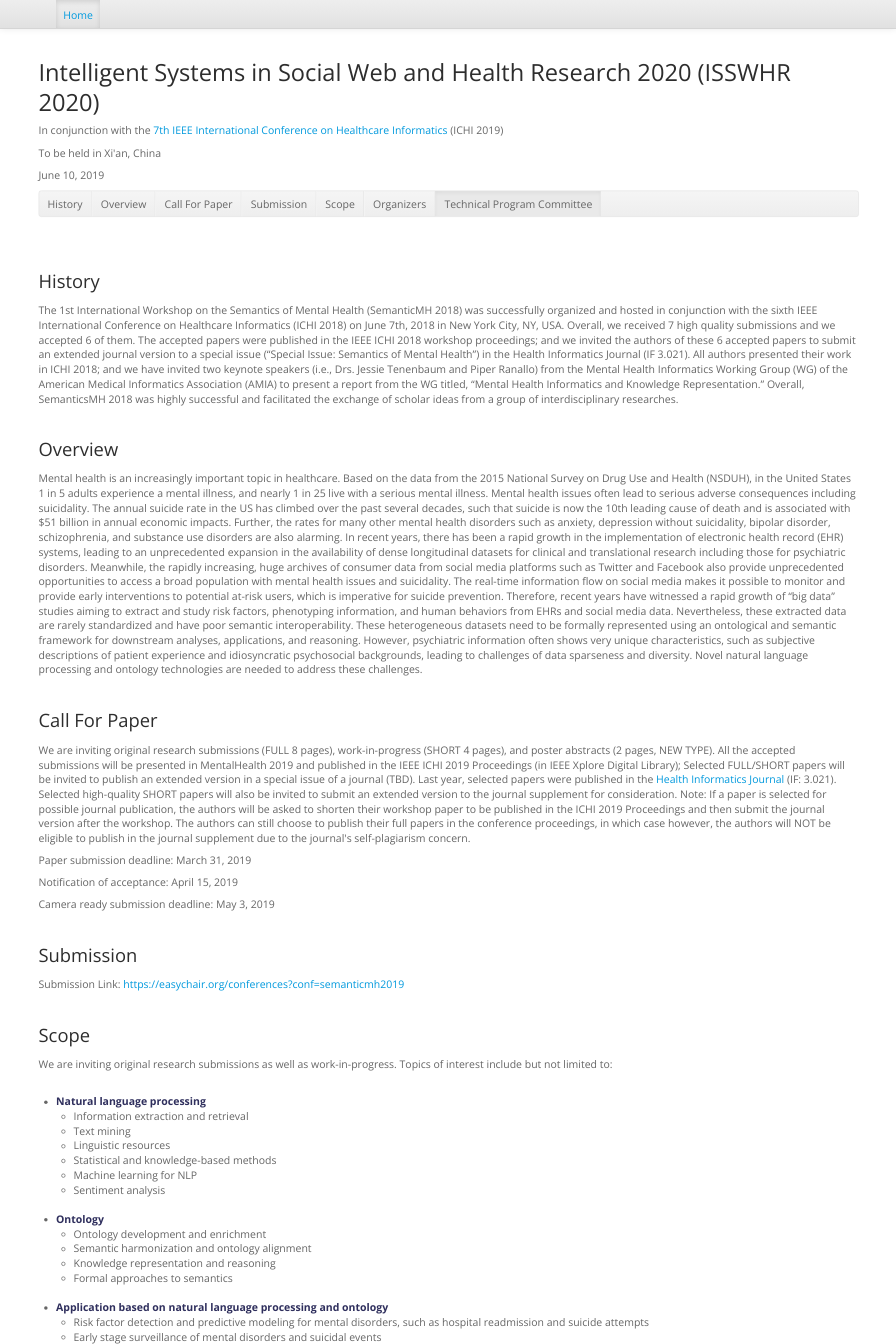
Repository: bianjiang/semantics-powered.org
Page: ISSWHR-2020/index.html
An editor plug-in stored every save of this project. The page is shown before and after the next save, followed by the edit.
The browser window is 1280 px wide. The pictures show the part of the page from y = 0 to 1920 px (the page is 3041 px tall), at 70% of full size.
Some web libraries are served in a nearby version.

Above is the page before, as saved 2019-10-26 16:43:44.
Console error (its wording comes from the project's code and is left out).

### ISSWHR-2020/index.html
<!DOCTYPE html>
<!--[if lt IE 7]>      <html class="no-js lt-ie9 lt-ie8 lt-ie7"> <![endif]-->
<!--[if IE 7]>         <html class="no-js lt-ie9 lt-ie8"> <![endif]-->
<!--[if IE 8]>         <html class="no-js lt-ie9"> <![endif]-->
<!--[if gt IE 8]><!-->
<html class="no-js">
<!--<![endif]-->

<head>
  <meta charset="utf-8">
  <meta http-equiv="X-UA-Compatible" content="IE=edge,chrome=1">
  <title></title>
  <meta name="description" content="">
  <meta name="viewport" content="width=device-width">

  <link rel="stylesheet" href="css/bootstrap.min.css">
  <style>
    body {
      padding-top: 60px;
      padding-bottom: 40px;
    }
  </style>
  <link rel="stylesheet" href="css/bootstrap-responsive.min.css">
  <link rel="stylesheet" href="css/main.css">

  <script src="js/vendor/modernizr-2.6.2-respond-1.1.0.min.js"></script>
</head>

<body class="preview" id="top" data-spy="scroll" data-target=".subnav" data-offset="80">
  <!--[if lt IE 7]>
            <p class="chromeframe">You are using an <strong>outdated</strong> browser. Please <a href="http://browsehappy.com/">upgrade your browser</a> or <a href="http://www.google.com/chromeframe/?redirect=true">activate Google Chrome Frame</a> to improve your experience.</p>
        <![endif]-->

  <!-- This code is taken from http://twitter.github.com/bootstrap/examples/hero.html -->

  <div class="navbar navbar-fixed-top">
    <div class="navbar-inner">
      <div class="container">

        <a class="btn btn-navbar" data-toggle="collapse" data-target=".nav-collapse">
                        <span class="icon-bar"></span>
                        <span class="icon-bar"></span>
                        <span class="icon-bar"></span>
                    </a>
        <a class="brand" href="#">&nbsp;</a>
        <div class="nav-collapse collapse">
          <ul class="nav">
            <li class="active"><a href="#">Home</a></li>
            <!--
                            <li><a href="#aboutxx">About</a></li>
                            <li><a href="#contact">Contact</a></li>
                            -->
          </ul>
        </div>

      </div>

    </div>
  </div>

  <div class="container">

    <!-- Main hero unit for a primary marketing message or call to action -->
    <!--
            <div class="hero-unit">
                <h1>Hello, world!</h1>
                <p>This is a template for a simple marketing or informational website. It includes a large callout called the hero unit and three supporting pieces of content. Use it as a starting point to create something more unique.</p>
                <p><a class="btn btn-primary btn-large">Learn more &raquo;</a></p>
            </div>
            -->
    <!-- Masthead
================================================== -->
    <header class="jumbotron subhead" id="overview">
      <div class="row">
        <div class="span12">
          <br/>
          <h2>Intelligent Systems in Social Web and Health Research 2020 (ISSWHR 2020)</h2>
          <p>In conjunction with the <a href="http://www.ieee-ichi.org/" target="_blank">7th IEEE International Conference on Healthcare Informatics</a> (ICHI 2019)</p>
          <p>To be held in Xi'an, China</p>
          <p>June 10, 2019</p>
        </div>
        <div class="span6">
          <!--
      <div class="bsa well">
          <div id="bsap_1277971" class="bsarocks bsap_c466df00a3cd5ee8568b5c4983b6bb19"></div>
      </div>
    -->
        </div>
      </div>
      <div class="subnav">
        <ul class="nav nav-pills">
          <li><a href="#history">History</a></li>
          <li><a href="#overview">Overview</a></li>
          <!-- <li><a href="#audience">Audience</a></li> -->
          <li><a href="#callforpaper">Call For Paper</a></li>
          <li><a href="#submissions">Submission</a></li>
          <!-- <li><a href="#rational">Rational</a></li>
          <li><a href="#workshopstructure">Workshop Structure</a></li> -->
          <!-- <li><a href="#publicity">Publicity</a></li> -->
          <li><a href="#scope">Scope</a></li>
          <li><a href="#organizers">Organizers</a></li>
          <li><a href="#techprogcom">Technical Program Committee</a></li>
        </ul>
      </div>
    </header>

    <section id="History">
      <div class="row">
        <div class="span12">
          <h3>History</h3>
          <p>The 1st International Workshop on the Semantics of Mental Health (SemanticMH 2018) was successfully organized and hosted in conjunction with the sixth IEEE International Conference on Healthcare Informatics (ICHI 2018) on June 7th, 2018 in New York City, NY, USA.  Overall, we received 7 high quality submissions and we accepted 6 of them.  The accepted papers were published in the IEEE ICHI 2018 workshop proceedings; and we invited the authors of these 6 accepted papers to submit an extended journal version to a special issue (“Special Issue: Semantics of Mental Health”) in the Health Informatics Journal (IF 3.021).
           All authors presented their work in ICHI 2018; and we have invited two keynote speakers (i.e., Drs. Jessie Tenenbaum and Piper Ranallo) from the Mental Health Informatics Working Group (WG) of the American Medical Informatics Association (AMIA) to present a report from the WG titled, “Mental Health Informatics and Knowledge Representation.”  Overall, SemanticsMH 2018 was highly successful and facilitated the exchange of scholar ideas from a group of interdisciplinary researches.
        </p>
        </div>
      </div>
    </section>

    <section id="overview">
      <div class="row">
        <div class="span12">
          <h3>Overview</h3>
          <p>Mental health is an increasingly important topic in healthcare.  Based on the data from the 2015 National Survey on Drug Use and Health (NSDUH), in the United States 1 in 5 adults experience a mental illness, and nearly 1 in 25 live with a serious mental illness.  Mental health issues often lead to serious adverse consequences including suicidality.  The annual suicide rate in the US has climbed over the past several decades, such that suicide is now the 10th leading cause of death and is associated with $51 billion in annual economic impacts.  Further, the rates for many other mental health disorders such as anxiety, depression without suicidality, bipolar disorder, schizophrenia, and substance use disorders are also alarming.
          In recent years, there has been a rapid growth in the implementation of electronic health record (EHR) systems, leading to an unprecedented expansion in the availability of dense longitudinal datasets for clinical and translational research including those for psychiatric disorders.  Meanwhile, the rapidly increasing, huge archives of consumer data from social media platforms such as Twitter and Facebook also provide unprecedented opportunities to access a broad population with mental health issues and suicidality. The real-time information flow on social media makes it possible to monitor and provide early interventions to potential at-risk users, which is imperative for suicide prevention. Therefore, recent years have witnessed a rapid growth of “big data” studies aiming to extract and study risk factors, phenotyping information, and human behaviors from EHRs and social media data.  Nevertheless, these extracted data are rarely standardized and have poor semantic interoperability.  These heterogeneous datasets need to be formally represented using an ontological and semantic framework for downstream analyses, applications, and reasoning.  However, psychiatric information often shows very unique characteristics, such as subjective descriptions of patient experience and idiosyncratic psychosocial backgrounds, leading to challenges of data sparseness and diversity.  Novel natural language processing and ontology technologies are needed to address these challenges.

        </p>
        </div>
      </div>
    </section>

    <!-- <section id="audience">
      <div class="row">
        <div class="span12">
          <h3>Audience</h3>
          <p>The goal of this workshop is to bring experts in the field of natural language processing, knowledge representation, knowledge management, and health data analytics to discuss innovative analytical methods, applications, and tools to address problems in mental health.
        </p>
        </div>
      </div>
    </section> -->

    <section id="callforpaper">
      <div class="row">
        <div class="span12">
          <h3>Call For Paper</h3>
          <p>We are inviting original research submissions (FULL 8 pages), work-in-progress (SHORT 4 pages), and poster abstracts (2 pages, NEW TYPE).
              All the accepted submissions will be presented in MentalHealth 2019 and published in the IEEE ICHI 2019 Proceedings (in IEEE Xplore Digital Library); Selected FULL/SHORT papers will be invited to publish an extended version in a special issue of a journal (TBD).  Last year, selected papers were published in the <a href="http://journals.sagepub.com/home/jhi" target="_blank">Health Informatics Journal</a> (IF: 3.021). Selected high-quality SHORT papers will also be invited to submit an extended version to the journal supplement for consideration.
              Note: If a paper is selected for possible journal publication, the authors will be asked to shorten their workshop paper to be published in the ICHI 2019 Proceedings and then submit the journal version after the workshop. The authors can still choose to publish their full papers in the conference proceedings, in which case however, the authors will NOT be eligible to publish in the journal supplement due to the journal's self-plagiarism concern.
              <!-- <p>Paper submission deadline: March 15, 2019</p> -->
              <p>Paper submission deadline: March 31, 2019</p>
              <p>Notification of acceptance: April 15, 2019</p>
              <p>Camera ready submission deadline: May 3, 2019</p>
        </p>
        </div>
      </div>
    </section>

    <section id="submissions">
      <div class="row">
        <div class="span12">
          <h3>Submission</h3>
          <p>Submission Link: <a href="https://easychair.org/conferences?conf=semanticmh2019" target="_blank">https://easychair.org/conferences?conf=semanticmh2019</a></p>
        </div>
      </div>
    </section>
    <!-- <section id="rational">
      <div class="row">
        <div class="span12">
          <h3>Rational</h3>
          <p>Our proposed workshop aims to provide an international platform for the researchers and scientists in the mental health communities to demonstrate research progresses, share ideas, address questions, and promote collaborations for better representation and analysis of mental health-related terminologies and clinical and research data.
        </p>
        </div>
      </div>
    </section> -->

    <!-- <section id="workshopstructure">
      <div class="row">
        <div class="span12">
          <h3>Workshop Structure</h3>
          <p>We propose a half-day SemanticMH workshop for this year. We will arrange 3 hours for paper presentations and 1 hour for extensive discussions. Different sessions will be arranged based on the topics of presentations. Depending on the number of papers accepted for presentation, each paper presentation will be restricted to 10-25 minutes for a full-length paper, and 5-15 minutes for a short-length paper. All the papers will be submitted and handled through EasyChair and go through peer reviews by at least two reviewers. After the full papers are accepted, we will work with the Health Informatics editors and reviewers to decide which papers will be formally invited for extension to be included in a thematic series in the Health Informatics journal.
        </p>
        </div>
      </div>
    </section>


    <section id="publicity">
      <div class="row">
        <div class="span12">
          <h3>Publicity</h3>
          <p>Various methods will be used for advertisement, including: (i) posting in email mailing lists and through private emails; (ii) creating a workshop discussion email list address and using it for sharing news and posting, (iii) posting in influential websites, (iv) phone calls to colleagues and friends who may be interested, (v) generating a workshop website dedicated to this event, and inviting potential attendees to visit, and (vi) generating a social networking website in LinkedIn to attract public attention, participation, and discussion. The main difference between the workshop website and the LinkedIn website will be that the workshop website is dedicated for posting the workshop information, and the LinkedIn website is used for social networking.
        </p>
        </div>
      </div>
    </section> -->

    <section id="scope">

      <div class="row">
        <div class="span12">
          <h3>Scope</h3>
          <p>We are inviting original research submissions as well as work-in-progress.
            Topics of interest include but not limited to:
          </p>
          <br>
          <ul>
            <li>
              <b>Natural language processing</b>
              <ul>
                <li>Information extraction and retrieval </li>
                <li>Text mining</li>
                <li>Linguistic resources</li>
                <li>Statistical and knowledge-based methods</li>
                <li>Machine learning for NLP</li>
                <li>Sentiment analysis</li>
              </ul>
            </li>
            <br>
            <li>
              <b>Ontology</b>
              <ul>
                <li>Ontology development and enrichment </li>
                <li>Semantic harmonization and ontology alignment</li>
                <li>Knowledge representation and reasoning</li>
                <li>Formal approaches to semantics</li>
              </ul>
            </li>
            <br>
            <li>
              <b>Application based on natural language processing and ontology</b>
              <ul>
                <li>Risk factor detection and predictive modeling for mental disorders, such as hospital readmission and suicide attempts</li>
                <li>Early stage surveillance of mental disorders and suicidal events </li>
                <li>Algorithmic phenotyping and cohort identification </li>
              </ul>
            </li>
          </ul>


        </div>
      </div>
    </section>

    <section id="organizers">
      <div class="row">
        <div class="span12">
          <h3>Organizers</h3>
          <p><b>Jiang Bian, PhD</b>, Department of Health Outcomes & Biomedical Informatics, College of Medicine, University of Florida, Gainesville, Florida, USA</p>
          <p><b>Cui Tao, PhD</b>, School of Biomedical Informatics, The University of Texas Health Science Center, Houston, Texas, USA</p>
          <p><b>Jennifer Dahne, PhD</b>, Department of Psychiatry and Behavioral Sciences, Medical University of South Carolina, Charleston, South Carolina, USA</p>
          <p><b>Yaoyun Zhang, PhD</b>, School of Biomedical Informatics, University of Texas Health Center at Houston, USA</p></p>
          <p><b>Yi Guo, PhD</b>, Department of Health Outcomes & Biomedical Informatics, College of Medicine, University of Florida, Gainesville, Florida, USA</p></p>
        </div>
      </div>
    </section>

    <section id="techprogcom">
      <div class="row">
        <div class="span12">
          <h3>Technical Program Committee</h3>
          <p>Comming Soon...</p>
        </div>
      </div>
    </section>

    <section id="schedule">
      <div class="row">
        <div class="span12">
          <h3>Workshop Schedule</h3>
          <div>
            <style type="text/css">
              .tg  {border-collapse:collapse;border-spacing:0;}
              .tg td{font-family:Arial, sans-serif;font-size:14px;padding:10px 5px;border-style:solid;border-width:1px;overflow:hidden;word-break:normal;border-color:black;}
              .tg th{font-family:Arial, sans-serif;font-size:14px;font-weight:normal;padding:10px 5px;border-style:solid;border-width:1px;overflow:hidden;word-break:normal;border-color:black;}
              .tg .tg-s6z2{text-align:center}
              .tg .tg-baqh{text-align:center;vertical-align:top}
              .tg .tg-j8xs{font-weight:bold;font-size:18px;background-color:#c0c0c0;text-align:center;vertical-align:top}
              .tg .tg-hgcj{font-weight:bold;text-align:center}
              .tg .tg-amwm{font-weight:bold;text-align:center;vertical-align:top}
              .tg .tg-s268{text-align:left}
              .tg .tg-0lax{text-align:left;vertical-align:top}
              .tg .tg-8zwo{font-style:italic;text-align:left;vertical-align:top}
              </style>
              <table class="tg" style="undefined;table-layout:fixed;width:876px;">
              <colgroup>
              <col style="width: 141px">
              <col style="width: 609px">
              <col style="width: 126px">
              </colgroup>
                <tr>
                  <th class="tg-j8xs" colspan="3">The 2nd International Workshop on the Semantics of Mental Health</th>
                </tr>
                <tr>
                  <td class="tg-hgcj">Time</td>
                  <td class="tg-hgcj">Title</td>
                  <td class="tg-amwm">Presenter</td>
                </tr>
                <tr>
                  <td class="tg-s6z2">14:00 pm - 14:05 pm</td>
                  <td class="tg-s268">Introduction to the workshop</td>
                  <td class="tg-0lax"><a target="_blank" href="https://hobi.med.ufl.edu/about/faculty-directory-2/bian-jiang/">Jiang Bian, Ph.D.</a></td>
                </tr>
                <tr>
                  <td class="tg-s6z2">14:05 pm - 14:50 pm</td>
                  <td class="tg-s268">Keynote</td>
                  <td class="tg-0lax"><a target="_blank" href="https://dbe.med.upenn.edu/biostat-research/YongChen">Yong Chen, Ph.D.</a></td>
                </tr>
                <tr>
                  <td class="tg-baqh">14:50 pm - 15:10 pm</td>
                  <td class="tg-8zwo">Assessing depression risk in Chinese microblogs: a corpus and machine learning methods</td>
                  <td class="tg-0lax">Shuai Chen</td>
                </tr>
                <tr>
                  <td class="tg-baqh">15:10 pm - 15:30 pm</td>
                  <td class="tg-8zwo">Analysis of Twitter to Identify Topics Related to Eating Disorder Symptoms</td>
                  <td class="tg-0lax">Sicheng Zhou</td>
                </tr>
                <tr>
                  <td class="tg-baqh">15:30 pm - 16:00 pm</td>
                  <td class="tg-amwm">Coffee Break</td>
                  <td class="tg-0lax"></td>
                </tr>
                <tr>
                  <td class="tg-baqh">16:00 pm - 16:20 pm</td>
                  <td class="tg-8zwo">PSPS: A pharmacological substances prediction system based on biomedical literature,data</td>
                  <td class="tg-0lax">Jinhe Gao</td>
                </tr>
                <tr>
                  <td class="tg-baqh">16:20 pm - 16:40 pm</td>
                  <td class="tg-8zwo">Combining Clinical Data and Domain Knowledge for Analyzing Mental Disorder Concept Relatedness,and Usage</td>
                  <td class="tg-0lax">Dou Wei</td>
                </tr>
                <tr>
                  <td class="tg-baqh">16:40 pm - 17:00 pm</td>
                  <td class="tg-8zwo">STAT: A Web-based Semantic Text Annotation Tool to Assist Building Mental Health Knowledge Base</td>
                  <td class="tg-0lax">Xing He</td>
                </tr>
                <tr>
                  <td class="tg-baqh">17:00 pm - 17:20 pm</td>
                  <td class="tg-8zwo">Systematic Design of Drug Repurposing-oriented Alzheimer’s Disease Ontology</td>
                  <td class="tg-0lax">Cui Tao</td>
                </tr>
              </table>
          </div>
        </div>
      </div>
    </section>
    <hr>
    <h4><b>Contact:</b> Jiang Bian; <a href="mailto:bianjiang@ufl.edu">bianjiang@ufl.edu</a></h4>
    <footer>
      <p>&copy; SemanticMH 2019</p>
    </footer>

  </div>
  <!-- /container -->

  <script src="//ajax.googleapis.com/ajax/libs/jquery/1.9.1/jquery.min.js"></script>
  <script>
    window.jQuery || document.write('<script src="js/vendor/jquery-1.9.1.min.js"><\/script>')
  </script>

  <script src="js/vendor/bootstrap.min.js"></script>

  <script src="js/plugins.js"></script>
  <script src="js/main.js"></script>
  <script>
      (function (i, s, o, g, r, a, m) {
i['GoogleAnalyticsObject'] = r; i[r] = i[r] || function () {
        (i[r].q = i[r].q || []).push(arguments)
      }, i[r].l = 1 * new Date(); a = s.createElement(o),
        m = s.getElementsByTagName(o)[0]; a.async = 1; a.src = g; m.parentNode.insertBefore(a, m)
      })(window, document, 'script', 'https://www.google-analytics.com/analytics.js', 'ga');

    ga('create', 'UA-50982144-4', 'auto');
    ga('send', 'pageview');
  </script>
</body>

</html>

Loaded but not shown: ISSWHR-2020/css/bootstrap.min.css (library); ISSWHR-2020/css/bootstrap-responsive.min.css (library); ISSWHR-2020/js/vendor/modernizr-2.6.2-respond-1.1.0.min.js (library); ISSWHR-2020/js/vendor/bootstrap.min.js (library); ISSWHR-2020/js/main.js (95 lines, source omitted); ISSWHR-2020/js/plugins.js (24 lines, source omitted); ISSWHR-2020/css/main.css (463 lines, source omitted)

After the next save:
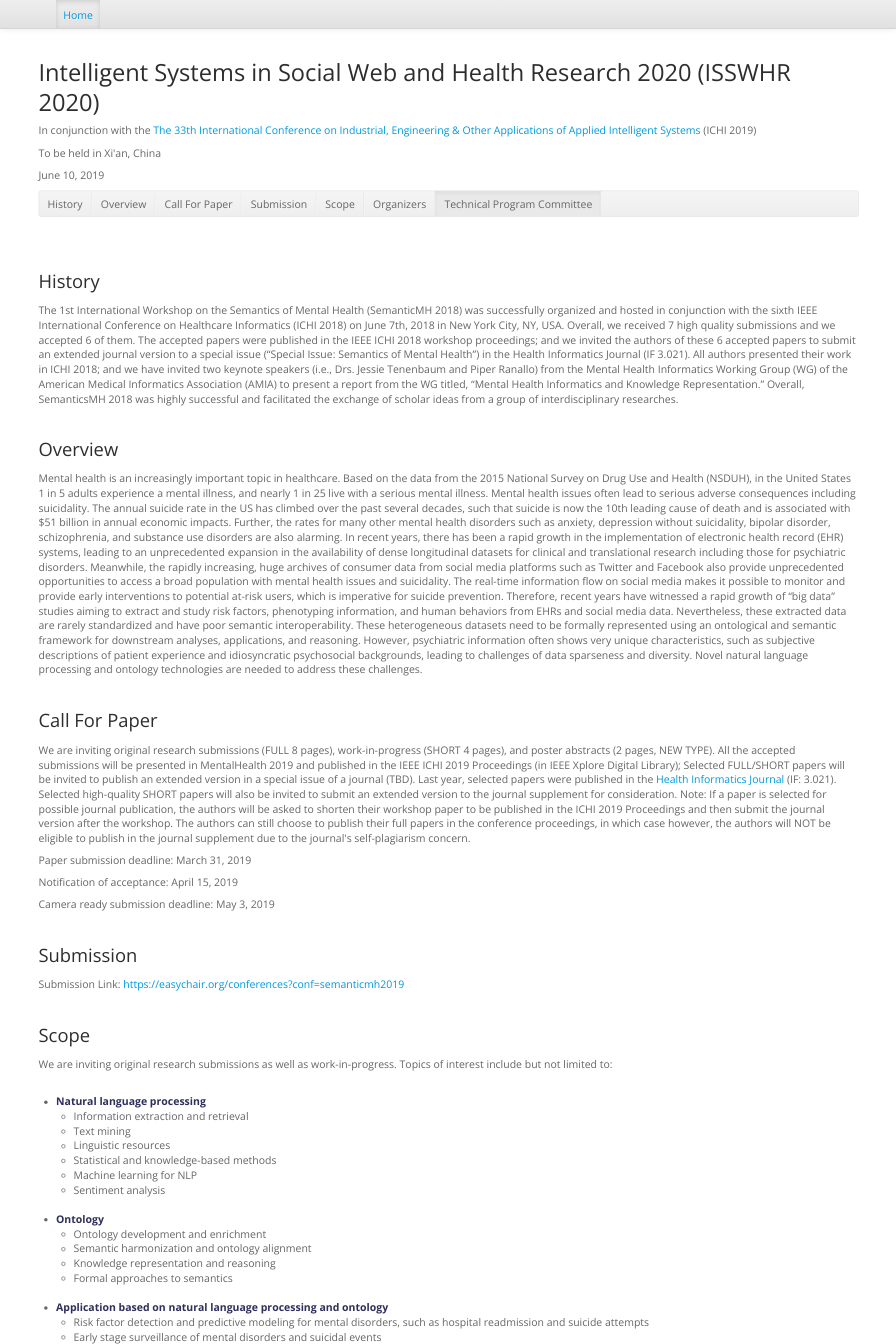
Saved 108 s later.
--- a/ISSWHR-2020/index.html
+++ b/ISSWHR-2020/index.html
@@ -75,7 +75,7 @@
         <div class="span12">
           <br/>
           <h2>Intelligent Systems in Social Web and Health Research 2020 (ISSWHR 2020)</h2>
-          <p>In conjunction with the <a href="http://www.ieee-ichi.org/" target="_blank">7th IEEE International Conference on Healthcare Informatics</a> (ICHI 2019)</p>
+          <p>In conjunction with the <a href="http://www.ieee-ichi.org/" target="_blank">The 33th International Conference on Industrial, Engineering & Other Applications of Applied Intelligent Systems</a> (ICHI 2019)</p>
           <p>To be held in Xi'an, China</p>
           <p>June 10, 2019</p>
         </div>
